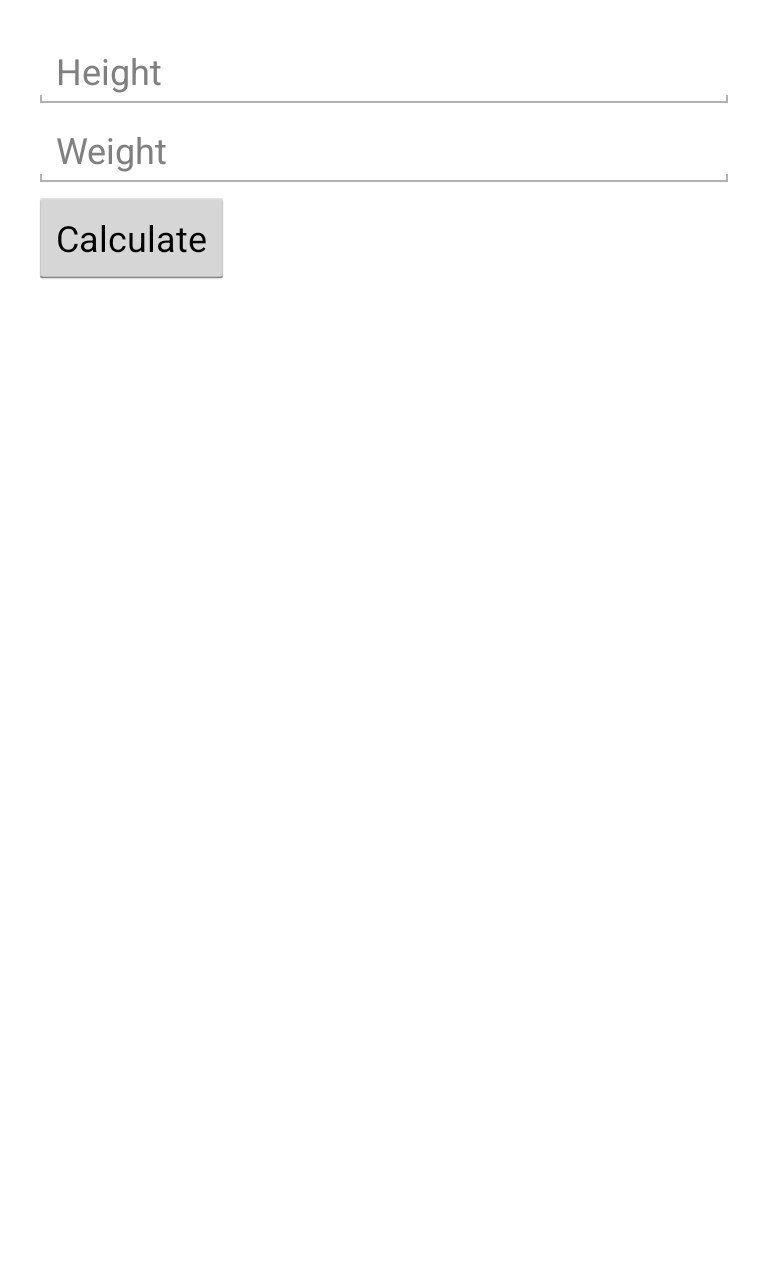
Repository: ericMedeiros93/Android-Dev
Layout: bmi/res/layout/activity_main.xml
An editor plug-in stored every save of this project. The layout is shown before and after the next save, followed by the edit.
It is drawn on a 768 x 1280 px phone screen (xhdpi) without system bars, with theme AppTheme; the app's code is not run.

Above is the layout before, as saved 2014-09-10 16:39:55.

### bmi/res/layout/activity_main.xml
<LinearLayout xmlns:android="http://schemas.android.com/apk/res/android"
    xmlns:tools="http://schemas.android.com/tools"
    android:layout_width="match_parent"
    android:layout_height="match_parent"
    android:orientation="vertical"
    android:paddingBottom="@dimen/activity_vertical_margin"
    android:paddingLeft="@dimen/activity_horizontal_margin"
    android:paddingRight="@dimen/activity_horizontal_margin"
    android:paddingTop="@dimen/activity_vertical_margin"
    tools:context="com.ericmedeiros.bmi.MainActivity" >

    <EditText
        android:id="@+id/height"
        android:inputType="numberDecimal"
        android:layout_width="match_parent"
        android:layout_height="wrap_content"
        android:hint="@string/height_hint" />

    <EditText
        android:id="@+id/weight"
        android:inputType="numberDecimal"
        android:layout_width="match_parent"
        android:layout_height="wrap_content"
        android:hint="@string/weight_hint" />

   <Button
        android:id="@+id/calculate"
        android:layout_width="wrap_content"
        android:layout_height="wrap_content"
        android:text="@string/btn"
        android:onClick="getBmi" />


</LinearLayout>

### bmi/res/values/strings.xml
<?xml version="1.0" encoding="utf-8"?>
<resources>

    <string name="app_name">bmi</string>
    <string name="hello_world">Hello world!</string>
    <string name="action_settings">Settings</string>
    <string name="weight_hint">Weight</string>
    <string name="height_hint">Height</string>
    <string name="btn">Calculate</string>

</resources>

Loaded but not shown: bmi/res/values/styles.xml (common file); bmi/res/values-v11/styles.xml (common file); bmi/res/values-v14/styles.xml (common file); bmi/res/values/dimens.xml (common file); bmi/res/values-w820dp/dimens.xml (common file)

After the next save:
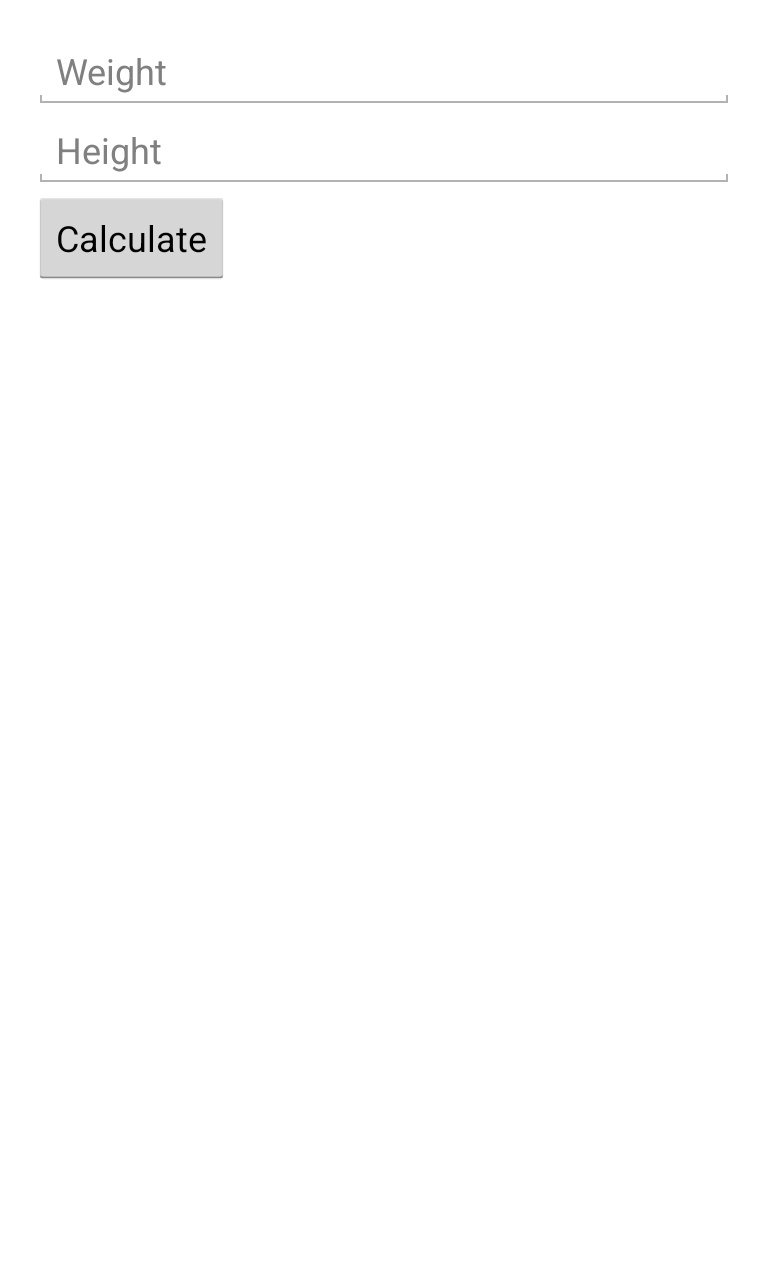
Saved 6 min 48 s later.
--- a/bmi/res/layout/activity_main.xml
+++ b/bmi/res/layout/activity_main.xml
@@ -10,18 +10,19 @@
     tools:context="com.ericmedeiros.bmi.MainActivity" >
 
     <EditText
+        android:id="@+id/weight"
+        android:inputType="numberDecimal"
+        android:layout_width="match_parent"
+        android:layout_height="wrap_content"
+        android:hint="@string/weight_hint" />
+
+    <EditText
         android:id="@+id/height"
         android:inputType="numberDecimal"
         android:layout_width="match_parent"
         android:layout_height="wrap_content"
         android:hint="@string/height_hint" />
 
-    <EditText
-        android:id="@+id/weight"
-        android:inputType="numberDecimal"
-        android:layout_width="match_parent"
-        android:layout_height="wrap_content"
-        android:hint="@string/weight_hint" />
 
    <Button
         android:id="@+id/calculate"

After the save that followed:
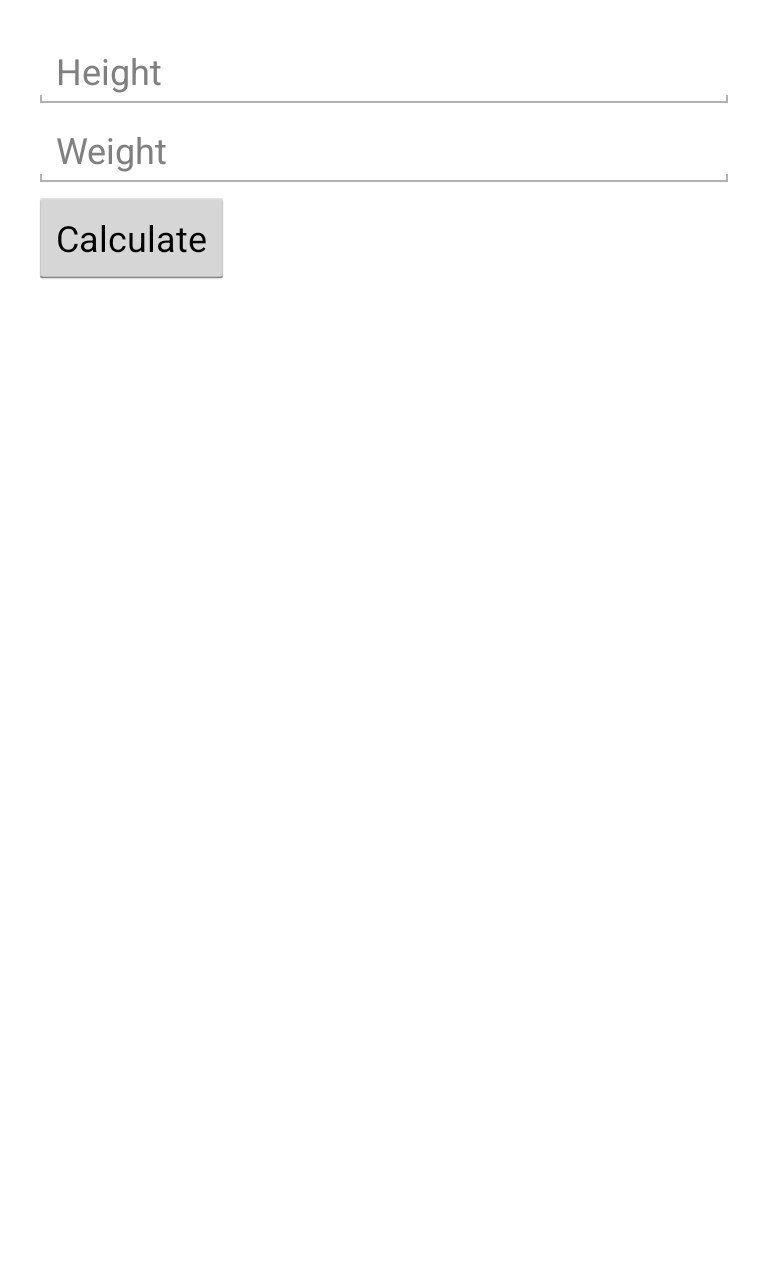
Saved 23 s later.
--- a/bmi/res/layout/activity_main.xml
+++ b/bmi/res/layout/activity_main.xml
@@ -9,20 +9,19 @@
     android:paddingTop="@dimen/activity_vertical_margin"
     tools:context="com.ericmedeiros.bmi.MainActivity" >
 
-    <EditText
-        android:id="@+id/weight"
-        android:inputType="numberDecimal"
-        android:layout_width="match_parent"
-        android:layout_height="wrap_content"
-        android:hint="@string/weight_hint" />
-
-    <EditText
+     <EditText
         android:id="@+id/height"
         android:inputType="numberDecimal"
         android:layout_width="match_parent"
         android:layout_height="wrap_content"
         android:hint="@string/height_hint" />
 
+   <EditText
+        android:id="@+id/weight"
+        android:inputType="numberDecimal"
+        android:layout_width="match_parent"
+        android:layout_height="wrap_content"
+        android:hint="@string/weight_hint" />
 
    <Button
         android:id="@+id/calculate"
